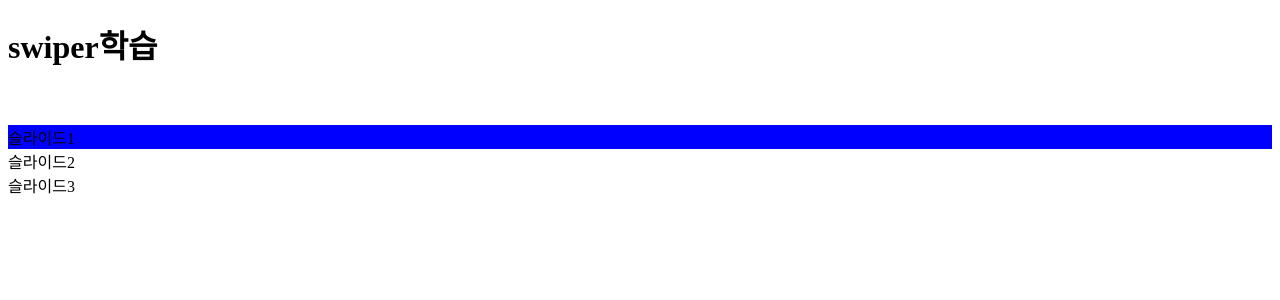
Repository: hans9170/test11
Page: onehouse/src/main/webapp/swiper/swiper.html
These files come from the project's save history. The page is drawn as it stood at one moment and after the next save; the edit follows.
The browser window is 1280 px wide. The pictures show the whole page.

Above is the page before, as saved 2025-02-05 08:19:28.

After the next save:
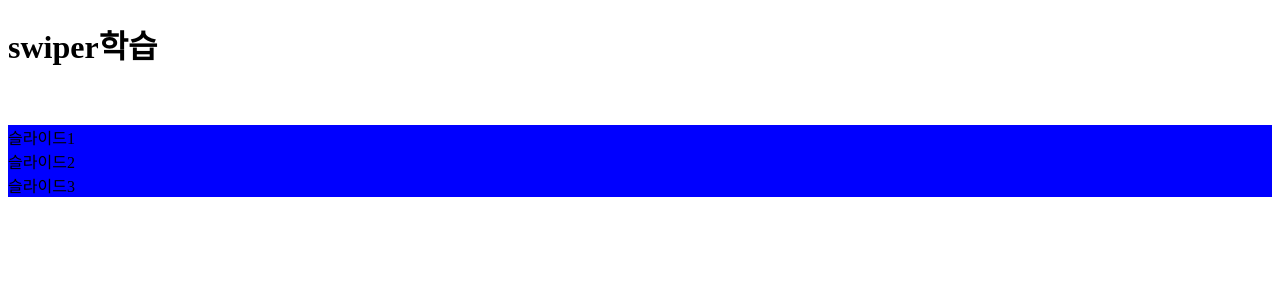
Saved 90 s later.
--- a/onehouse/src/main/webapp/swiper/swiper.html
+++ b/onehouse/src/main/webapp/swiper/swiper.html
@@ -11,9 +11,11 @@
 	<div class='swiper'>
 		<div class='swiper-wrapper'>
 			<div class='swiper-slider' style="background: blue">슬라이드1</div>
-			<div class='swiper-slider'>슬라이드2</div>
-			<div class='swiper-slider'>슬라이드3</div>
+			<div class='swiper-slider' style="background: blue">슬라이드2</div>
+			<div class='swiper-slider' style="background: blue">슬라이드3</div>
 		</div>
+		<div class='swiper-button-prev'></div>
+		<div class='swiper-button-next'></div>
 	</div>
 </body>
 </html>
